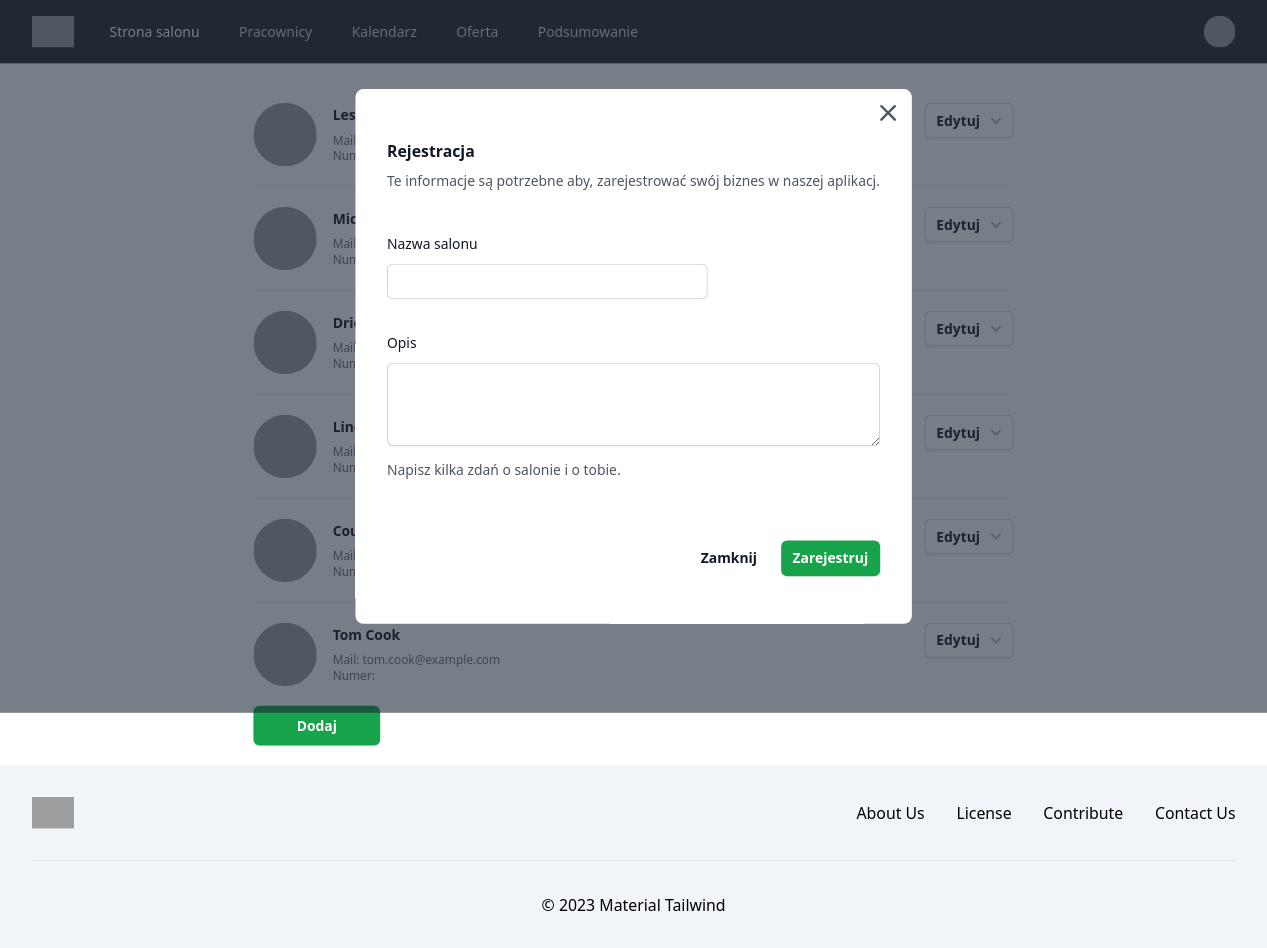
Repository: PrzemyslawJura/my-app
Page: /pracownicy (app in frontend/), after clicking the first element matching `div.w-3\/5 > span`
The author's editor kept a copy of each file at every save. The page is drawn from the files as they stood at one save, then again after a run of saves.
The browser window is 1280 px wide. The pictures show the whole page, at 99% of full size.
Pictures or frames that could not be fetched are drawn as grey boxes. An inner scrolling area shows only its first screen. The project was rebuilt for these pictures with package versions that can differ from the ones it lists, and the page was loaded fresh each time. Also part of the build but not shown: frontend/src/components/Location.jsx, frontend/src/home/Feature.jsx, frontend/src/shared_np_buttony_inputy_kalendarze_itp/PaginationTile.jsx, frontend/src/home/Pagination.jsx, frontend/src/home/Listbox.jsx, frontend/src/home/StepOne.jsx, frontend/src/home/StepTwo.jsx, frontend/src/home/SalonOffer.jsx and 20 more.

Above is the page before, as saved 2023-11-23 12:01:39.

After the next 2 saves:
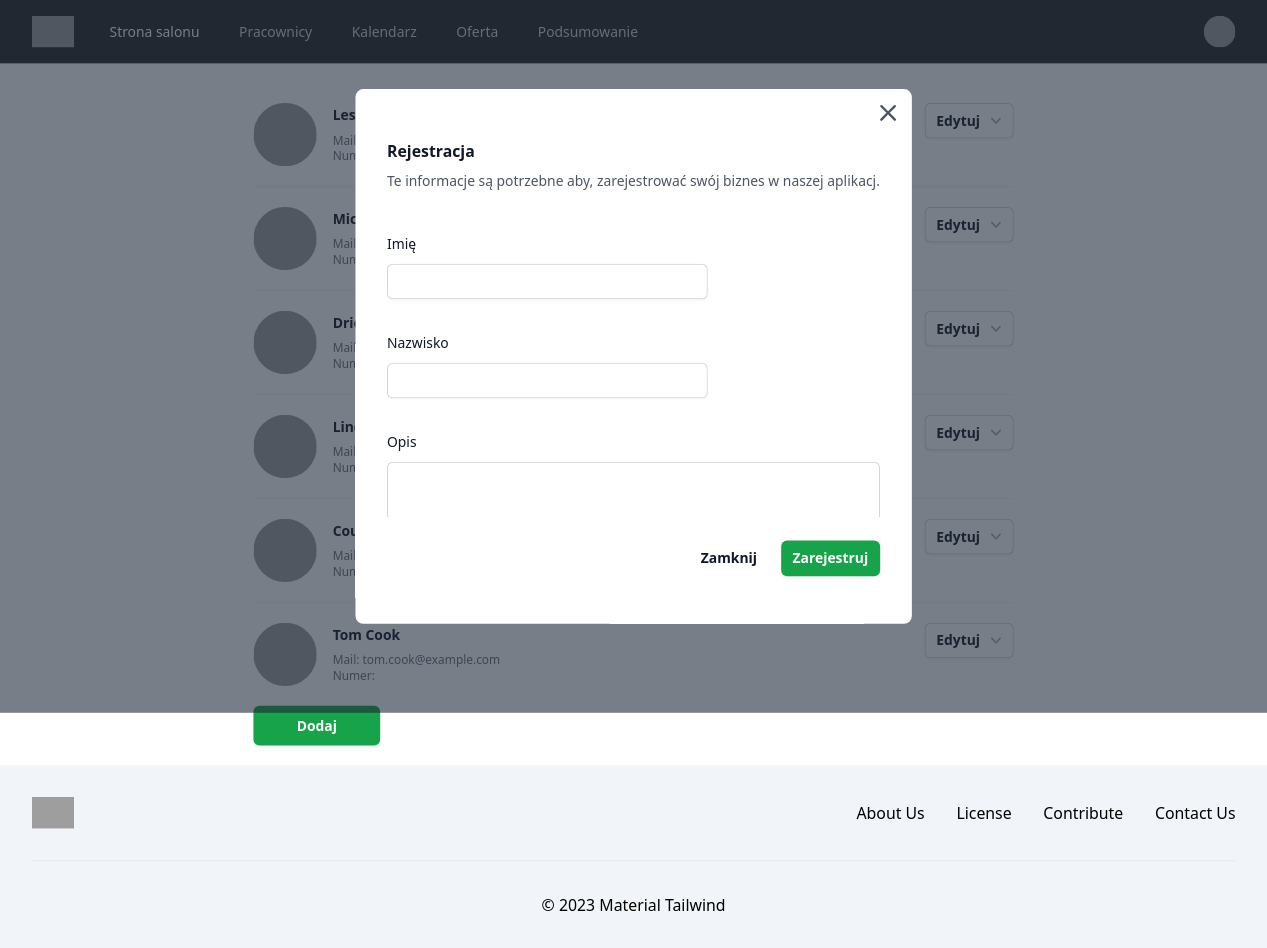
The 2 saves are shown as one change because 1 did not build or start.
The last was saved 3 min 55 s later.
--- a/frontend/src/biznes/AddWorker.jsx
+++ b/frontend/src/biznes/AddWorker.jsx
@@ -85,7 +85,7 @@ const AddWorker = ({ setIsShown }) => {
           <div className="mt-10 grid grid-cols-1 gap-x-6 gap-y-8 sm:grid-cols-6">
             <div className="sm:col-span-4">
               <label className="block text-sm font-medium leading-6 text-gray-900">
-                Nazwa salonu
+                Imię
               </label>
               <div className="mt-2">
                 <div className="flex rounded-md shadow-sm ring-1 ring-inset ring-gray-300 focus-within:ring-2 focus-within:ring-inset focus-within:ring-indigo-600 sm:max-w-md">
@@ -98,7 +98,26 @@ const AddWorker = ({ setIsShown }) => {
                     className="block flex-1 border-0 bg-transparent py-1.5 pl-1 text-gray-900 placeholder:text-gray-400 focus:ring-0 sm:text-sm sm:leading-6"
                   />
                 </div>
-                <span id='NameErr' className='text-sm text-red-600 hidden'>Nazwa salonu musi zawierać przynajmniej 2 znaki</span>
+                <span id='NameErr' className='text-sm text-red-600 hidden'>Imię musi zawierać przynajmniej 2 znaki</span>
+              </div>
+            </div>
+
+            <div className="sm:col-span-4">
+              <label className="block text-sm font-medium leading-6 text-gray-900">
+                Nazwisko
+              </label>
+              <div className="mt-2">
+                <div className="flex rounded-md shadow-sm ring-1 ring-inset ring-gray-300 focus-within:ring-2 focus-within:ring-inset focus-within:ring-indigo-600 sm:max-w-md">
+                  <input
+                    pattern="[A-Za-z0-9]{3,255}"
+                    onChange={handleInputChange}
+                    name="Name"
+                    type="text"
+                    required
+                    className="block flex-1 border-0 bg-transparent py-1.5 pl-1 text-gray-900 placeholder:text-gray-400 focus:ring-0 sm:text-sm sm:leading-6"
+                  />
+                </div>
+                <span id='NameErr' className='text-sm text-red-600 hidden'>Nazwisko musi zawierać przynajmniej 2 znaki</span>
               </div>
             </div>
 
